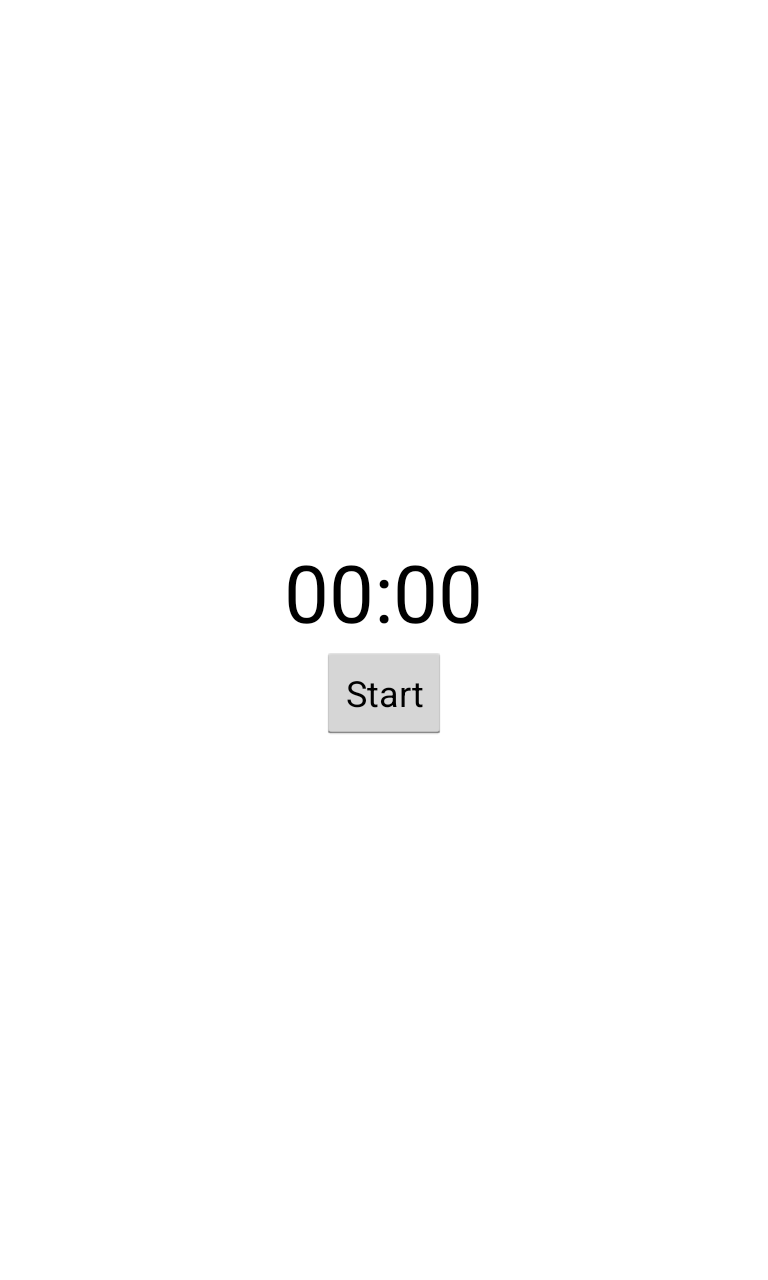
Repository: albertowusuasare/CustomStopWatch
Layout: CustomStopWatch/res/layout/activity_timer.xml
The author's editor kept a copy of each file at every save. The layout is drawn from the files as they stood at one save, then again after the next save.
It is drawn on a 768 x 1280 px phone screen (xhdpi) without system bars, with theme AppTheme; the app's code is not run.

Above is the layout before, as saved 2014-09-25 02:49:17.

After the next save:
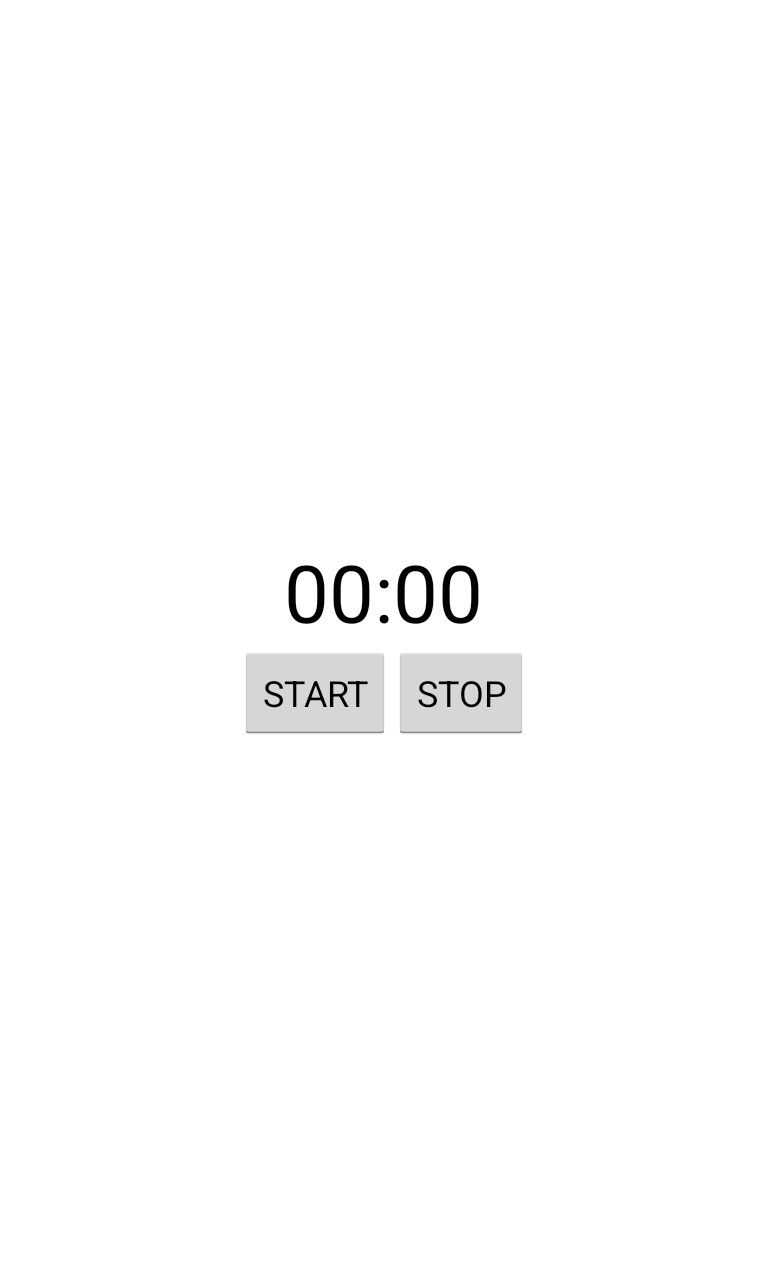
Saved 94 s later.
--- a/CustomStopWatch/res/layout/activity_timer.xml
+++ b/CustomStopWatch/res/layout/activity_timer.xml
@@ -2,12 +2,12 @@
     xmlns:tools="http://schemas.android.com/tools"
     android:layout_width="match_parent"
     android:layout_height="match_parent"
+    android:gravity="center"
+    android:orientation="vertical"
     android:paddingBottom="@dimen/activity_vertical_margin"
     android:paddingLeft="@dimen/activity_horizontal_margin"
     android:paddingRight="@dimen/activity_horizontal_margin"
     android:paddingTop="@dimen/activity_vertical_margin"
-    android:orientation="vertical"
-    android:gravity="center"
     tools:context="com.example.customstopwatch.TimerActivity" >
 
     <Chronometer
@@ -18,10 +18,24 @@
         android:text="Chronometer"
         android:textSize="40sp" />
 
-    <Button
-        android:id="@+id/start_button"
-        android:layout_width="wrap_content"
+    <LinearLayout
+        android:layout_width="fill_parent"
         android:layout_height="wrap_content"
-        android:text="@string/StartButton" />
+        android:gravity="center"
+        android:orientation="horizontal" >
+
+        <Button
+            android:id="@+id/start_button"
+            android:layout_width="wrap_content"
+            android:layout_height="wrap_content"
+            android:text="START" />
+
+        <Button
+            android:id="@+id/stop_button"
+            android:layout_width="wrap_content"
+            android:layout_height="wrap_content"
+            android:text="STOP" />
+    </LinearLayout>
+
 
 </LinearLayout>
